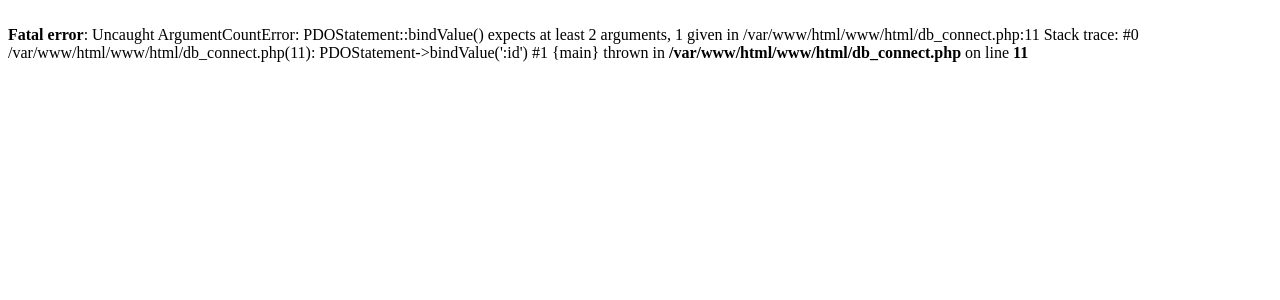
Repository: posse-ap/gen2.0-akira1515
Page: http://localhost/www/html/db_connect.php
These files come from the project's save history. The page is drawn as it stood at one moment and after the next save; the edit follows.
The browser window is 1280 px wide. The pictures show the whole page.
The page is run by PHP 8.4 with error messages shown; the project is at /var/www/html/. The database holds what the project's SQL file puts in it.

Above is the page before, as saved 2021-12-21 21:39:10.

After the next save:
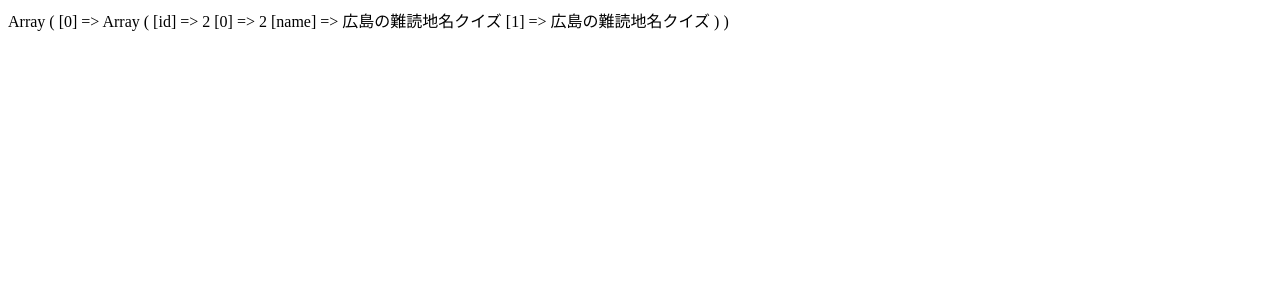
Saved 9 s later.
--- a/www/html/db_connect.php
+++ b/www/html/db_connect.php
@@ -8,7 +8,7 @@
 
 // 3.SQLに対してパラメーターをセットする。【任意】(可変する部分の受け皿)
 // $stmt->bindValue(':mail_address', $mail_address, PDO::PARAM_STR);
-$stmt->bindValue(':id');
+$stmt->bindValue(':id', 2);
 
 // 4.実際にSQLを実行する。
 $stmt->execute(); //prepareの時に発射させるもの
